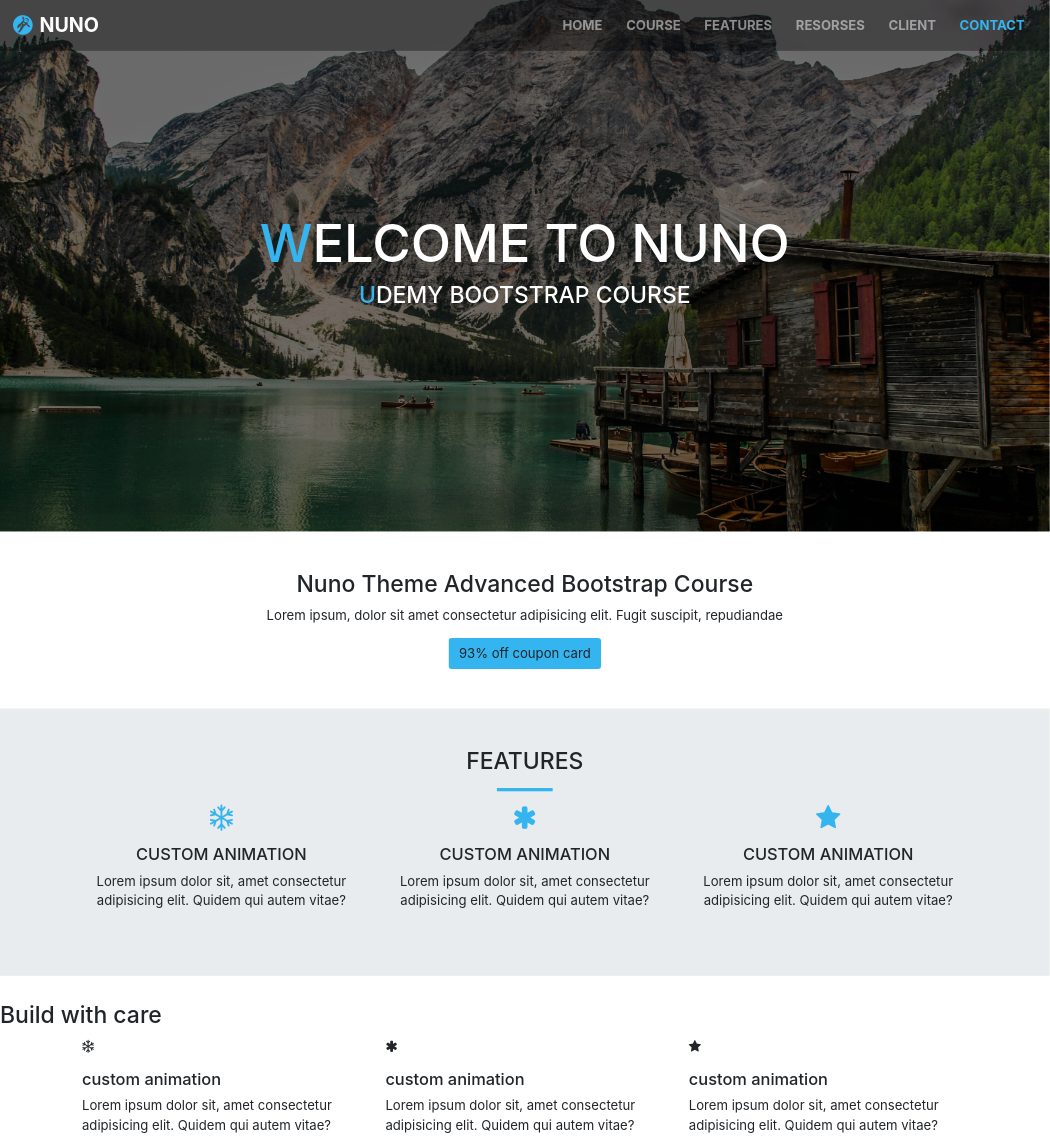
Repository: Mietlicha/bootstrap_template_exercise
Page: index.html
An editor plug-in stored every save of this project. The page is shown before and after the next save, followed by the edit.
The browser window is 1280 px wide. The pictures show the whole page, at 82% of full size.

Above is the page before, as saved 2019-11-19 21:27:03.

### index.html
<!DOCTYPE html>
<html lang="en">

<head>
    <meta charset="UTF-8">
    <meta name="viewport" content="width=device-width, initial-scale=1.0">
    <meta http-equiv="X-UA-Compatible" content="ie=edge">
    <title>Bootstrap template</title>
    <link rel="stylesheet" href="https://stackpath.bootstrapcdn.com/bootstrap/4.3.1/css/bootstrap.min.css"
        integrity="sha384-ggOyR0iXCbMQv3Xipma34MD+dH/1fQ784/j6cY/iJTQUOhcWr7x9JvoRxT2MZw1T" crossorigin="anonymous">
    <link rel="stylesheet" href="style.css">
    <link rel="stylesheet" href="https://cdnjs.cloudflare.com/ajax/libs/font-awesome/4.7.0/css/font-awesome.min.css">
</head>

<body data-spy="scroll" data-target="#main-nav">
    <!--------------------nav/home-------------------------------------------------------------------->
    <nav id="main-nav" class="navbar navbar-expand-md navbar-dark bg-dark font-weight-bold fixed-top">
        <a class="navbar-brand" href="#"><i class="fa fa-grav mr-2" aria-hidden="true"></i>Nuno</a>
        <button class="navbar-toggler" type="button" data-toggle="collapse" data-target="#navbarSupportedContent"
            aria-controls="navbarSupportedContent" aria-expanded="false" aria-label="Toggle navigation">
            <span class="navbar-toggler-icon"></span>
        </button>

        <div class="collapse navbar-collapse" id="navbarSupportedContent">
            <ul class="navbar-nav ml-auto">
                <li class="nav-item">
                    <a class="nav-link" href="#home">Home</a>
                </li>
                <li class="nav-item">
                    <a class="nav-link" href="#course">Course</a>
                </li>
                <li class="nav-item">
                    <a class="nav-link" href="#feature">Features</a>
                </li>
                <li class="nav-item">
                    <a class="nav-link" href="#resources">Resorses</a>
                </li>
                <li class="nav-item">
                    <a class="nav-link" href="#client">Client</a>
                </li>
                <li class="nav-item">
                    <a class="nav-link" href="#contact">Contact</a>
                </li>
        </div>
    </nav>
<!--------------------main----------------------------------------------------------------->
<main>
    <!--------------------home-------------------->
    <section id="home">
        <div class="home--landing-page">
        </div>
        <div class="home--caption">
            <h1>Welcome to Nuno</h1>
            <h3>Udemy bootstrap course</h3>
        </div>
    </section>

    <!--------------------corse-------------------->
    <section id="course" class="container text-center mt-5 mb-5">
        <header><h3>Nuno Theme Advanced Bootstrap Course</h3></header>
        <p>Lorem ipsum, dolor sit amet consectetur adipisicing elit. Fugit suscipit, repudiandae
        </p>
        <a href="#" class="btn btn-md" target="_blnk">93% off coupon card</a>
    </section>
    <!--------------------feature-------------------->
    <section id="feature">
            <div class="jumbotron jumbotron-fluid text-center pt-5">
                    <header><h3>features</h3></header>
                    <hr>
                    <div class="container d-sm-flex">
                        <div class="feature-item col-md-4">
                            <i class="fa fa-snowflake-o" aria-hidden="true"></i>
                            <h5 class="pt-3">custom animation</h5>
                            <p>Lorem ipsum dolor sit, amet consectetur adipisicing elit. Quidem qui autem vitae?</p>
                        </div>
                        <div class="feature-item col-sm-4">
                                <i class="fa fa-asterisk" aria-hidden="true"></i>
                                <h5 class="pt-3">custom animation</h5>
                                <p>Lorem ipsum dolor sit, amet consectetur adipisicing elit. Quidem qui autem vitae?</p>
                        </div>
                        <div class="feature-item col-sm-4">
                                <i class="fa fa-star" aria-hidden="true"></i>
                                <h5 class="pt-3">custom animation</h5>
                                <p>Lorem ipsum dolor sit, amet consectetur adipisicing elit. Quidem qui autem vitae?</p>
                        </div>
                    </div>
                  </div>
    </section>
    <!--------------------Resourses-------------------->
    <section id="resources">
                <header><h3>Build with care</h3></header>
                <div class="container d-sm-flex">
                    <div class="feature-item col-md-4">
                        <i class="fa fa-snowflake-o" aria-hidden="true"></i>
                        <h5 class="pt-3">custom animation</h5>
                        <p>Lorem ipsum dolor sit, amet consectetur adipisicing elit. Quidem qui autem vitae?</p>
                    </div>
                    <div class="feature-item col-sm-4">
                            <i class="fa fa-asterisk" aria-hidden="true"></i>
                            <h5 class="pt-3">custom animation</h5>
                            <p>Lorem ipsum dolor sit, amet consectetur adipisicing elit. Quidem qui autem vitae?</p>
                    </div>
                    <div class="feature-item col-sm-4">
                            <i class="fa fa-star" aria-hidden="true"></i>
                            <h5 class="pt-3">custom animation</h5>
                            <p>Lorem ipsum dolor sit, amet consectetur adipisicing elit. Quidem qui autem vitae?</p>
                    </div>
                </div>
    </section>
    <!--------------------Client-------------------->
    <section id="client">

    </section>
    <!--------------------Contact-------------------->
    <section id="contact">

    </section>
</main>

    <script src="https://code.jquery.com/jquery-3.3.1.slim.min.js"
        integrity="sha384-q8i/X+965DzO0rT7abK41JStQIAqVgRVzpbzo5smXKp4YfRvH+8abtTE1Pi6jizo"
        crossorigin="anonymous"></script>
    <script src="https://cdnjs.cloudflare.com/ajax/libs/popper.js/1.14.7/umd/popper.min.js"
        integrity="sha384-UO2eT0CpHqdSJQ6hJty5KVphtPhzWj9WO1clHTMGa3JDZwrnQq4sF86dIHNDz0W1"
        crossorigin="anonymous"></script>
    <script src="https://stackpath.bootstrapcdn.com/bootstrap/4.3.1/js/bootstrap.min.js"
        integrity="sha384-JjSmVgyd0p3pXB1rRibZUAYoIIy6OrQ6VrjIEaFf/nJGzIxFDsf4x0xIM+B07jRM"
        crossorigin="anonymous"></script>
</body>

</html>

### style.css
:root{
--main-colour: rgb(53, 181, 240);
font-size: 14px;
}

body{
    position: relative;
}

/************************NAV******************************************/
.bg-dark {
    background-color: #0a0a0a60!important;
}

.navbar-dark .navbar-nav .nav-link:hover{
    color: rgb(255, 255, 255);
}

.nav-link{
    padding: 0 7rem;
}

#main-nav {
text-transform: uppercase;
}

#main-nav .navbar-brand{
    font-size: 1.5rem;
}

#main-nav .navbar-brand i{
    color: var(--main-colour);
}

.navbar-dark .navbar-nav .nav-link.active{
    color: var(--main-colour);
    font-weight: bold;
}

.navbar-dark .navbar-nav .nav-link{
    padding-top: .9rem;
}

/************************Home******************************************/
#home{
    position: relative;
}

.home--landing-page{
    background: linear-gradient(rgba(0, 0, 0, 0.534), rgba(0, 0, 0, 0.534)), url(img/tlo.jpg) center/cover no-repeat;
    width: 100vw;
    height: 90vh;
}

.home--caption{
    width: 100%;
    position: absolute;
    top: 40%;
    z-index: 3;
    text-align: center;
    color: #fff;
    text-transform: uppercase;
}

.home--caption h1{
    font-size: 4rem;
}

.home--caption h1::first-letter, .home--caption h3::first-letter{
    color: var(--main-colour);
}

/************************Course******************************************/
#course .btn{
    background-color: var(--main-colour);
}

/************************Feature******************************************/
#feature hr{
    width: 5%;
    border: 2px solid var(--main-colour);
}

#feature i{
    color: var(--main-colour);
    font-size: 2rem;
}

#feature .feature-item h5, #feature header{
    text-transform: uppercase;
}

@media (min-width: 500px){
    :root{
        font-size: 16px;
    }
    }

    @media (min-width: 768px){
    .navbar-expand-md .navbar-nav .nav-link {
        padding-right: .9rem;
        padding-left: .9rem;
        padding-top: 0;
    }
    }

After the next save:
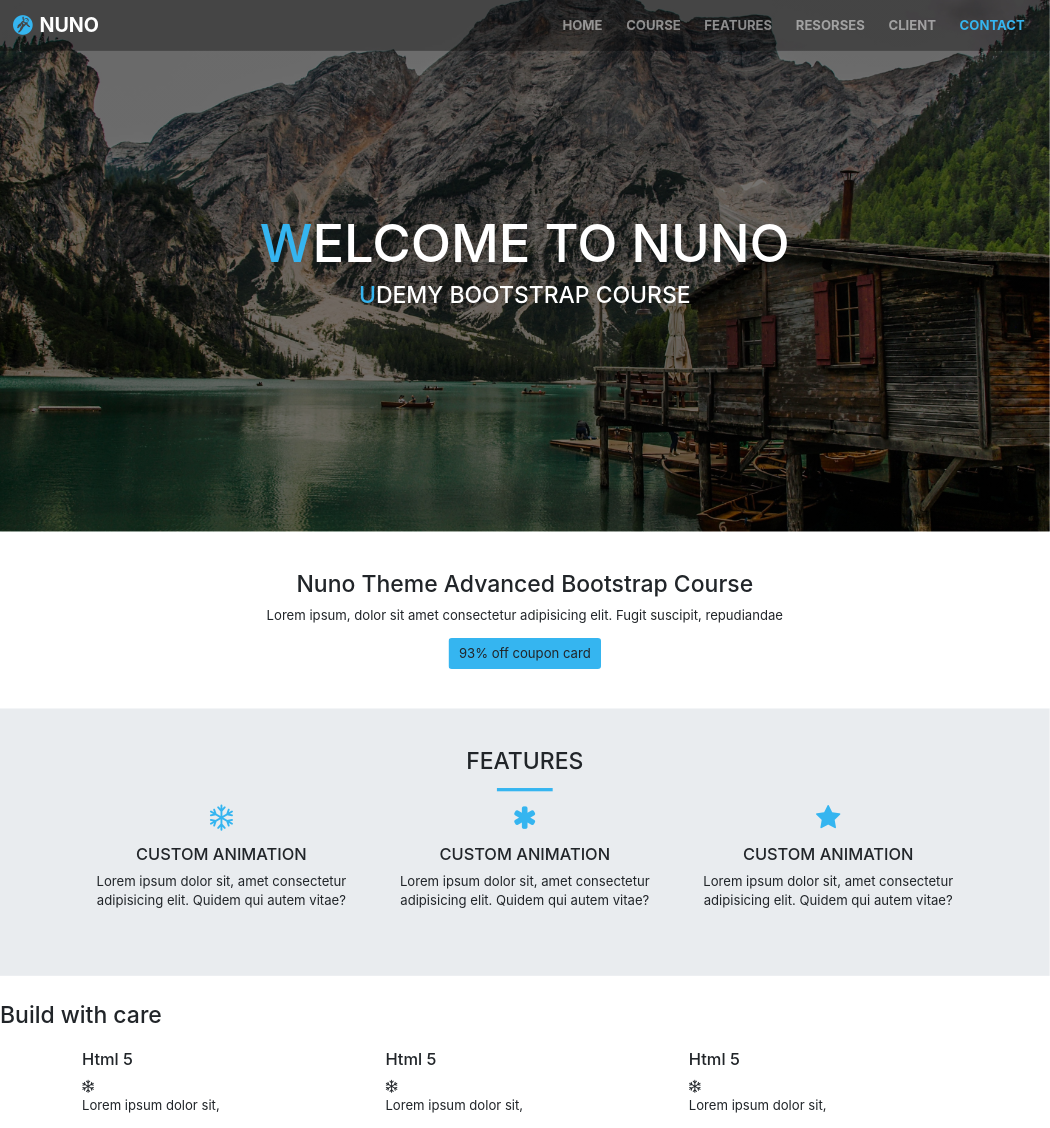
Saved 87 s later.
--- a/index.html
+++ b/index.html
@@ -90,20 +90,20 @@
     <section id="resources">
                 <header><h3>Build with care</h3></header>
                 <div class="container d-sm-flex">
-                    <div class="feature-item col-md-4">
+                    <div class="resources-item col-md-4">
+                        <h5 class="pt-3">Html 5</h5>
                         <i class="fa fa-snowflake-o" aria-hidden="true"></i>
-                        <h5 class="pt-3">custom animation</h5>
-                        <p>Lorem ipsum dolor sit, amet consectetur adipisicing elit. Quidem qui autem vitae?</p>
+                        <p>Lorem ipsum dolor sit,</p>
                     </div>
-                    <div class="feature-item col-sm-4">
-                            <i class="fa fa-asterisk" aria-hidden="true"></i>
-                            <h5 class="pt-3">custom animation</h5>
-                            <p>Lorem ipsum dolor sit, amet consectetur adipisicing elit. Quidem qui autem vitae?</p>
-                    </div>
-                    <div class="feature-item col-sm-4">
-                            <i class="fa fa-star" aria-hidden="true"></i>
-                            <h5 class="pt-3">custom animation</h5>
-                            <p>Lorem ipsum dolor sit, amet consectetur adipisicing elit. Quidem qui autem vitae?</p>
+                    <div class="resources-item col-md-4">
+                            <h5 class="pt-3">Html 5</h5>
+                            <i class="fa fa-snowflake-o" aria-hidden="true"></i>
+                            <p>Lorem ipsum dolor sit,</p>
+                     </div>
+                     <div class="resources-item col-md-4">
+                            <h5 class="pt-3">Html 5</h5>
+                            <i class="fa fa-snowflake-o" aria-hidden="true"></i>
+                            <p>Lorem ipsum dolor sit,</p>
                     </div>
                 </div>
     </section>
